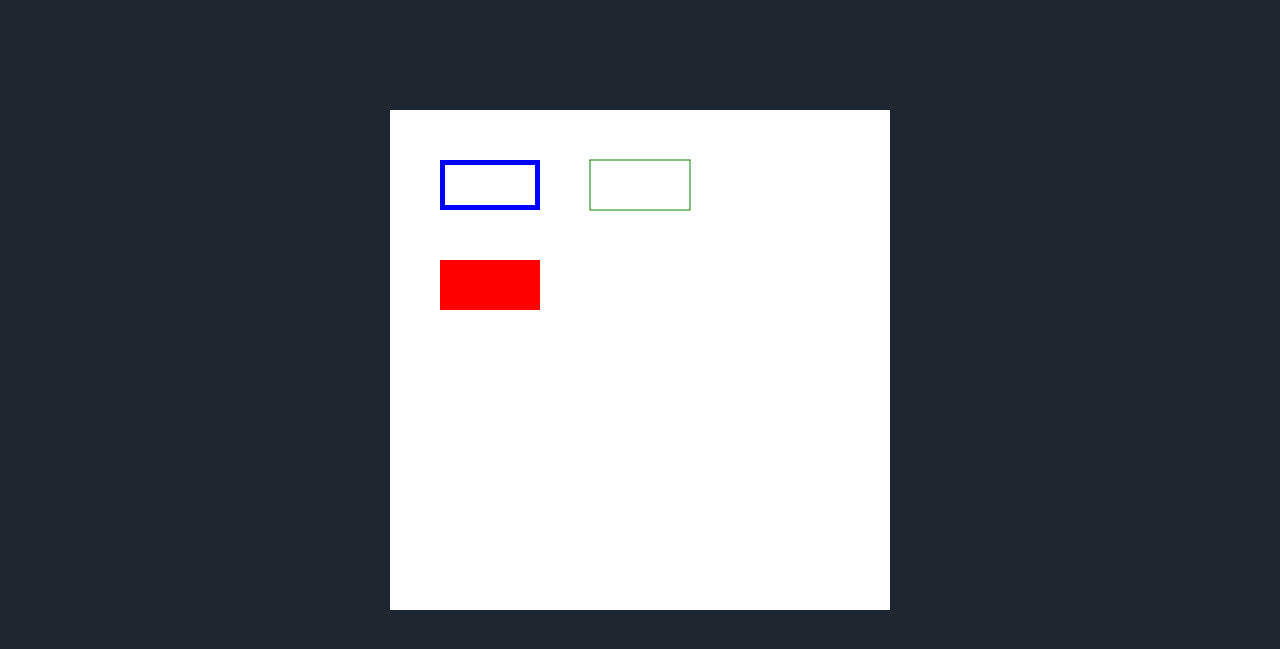
Repository: thecodeholic/cst-javascript-course
Page: /
The author's editor kept a copy of each file at every save. The page is drawn from the files as they stood at one save, then again after the next save.
The browser window is 1280 px wide. The pictures show the whole page.
The project was rebuilt for these pictures with package versions that can differ from the ones it lists, and the page was loaded fresh each time.

Above is the page before, as saved 2020-11-25 09:39:58.

After the next save:
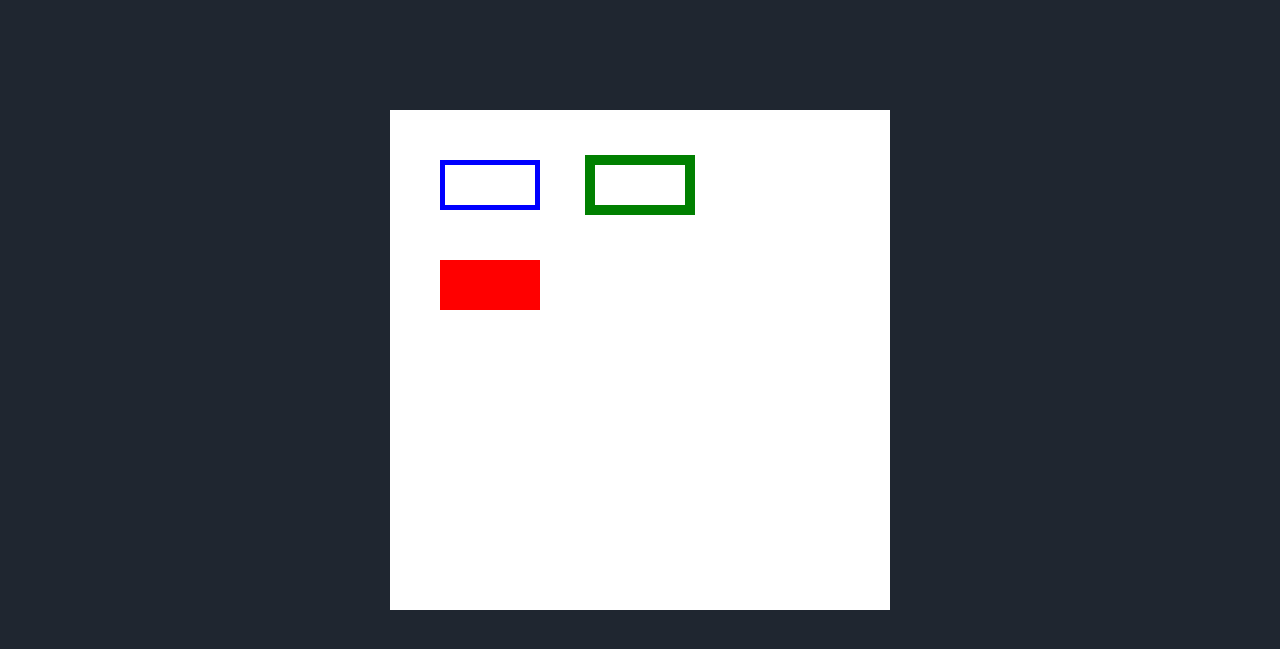
Saved 7 s later.
--- a/app.js
+++ b/app.js
@@ -19,7 +19,7 @@ ctx.fillRect(50, 150, 100, 50)
 
 // strokeRect
 ctx.strokeStyle = 'green';
-ctx.strokeWidth = 10;
+ctx.lineWidth = 10;
 ctx.strokeRect(200, 50, 100, 50);
 
 // clearRect
